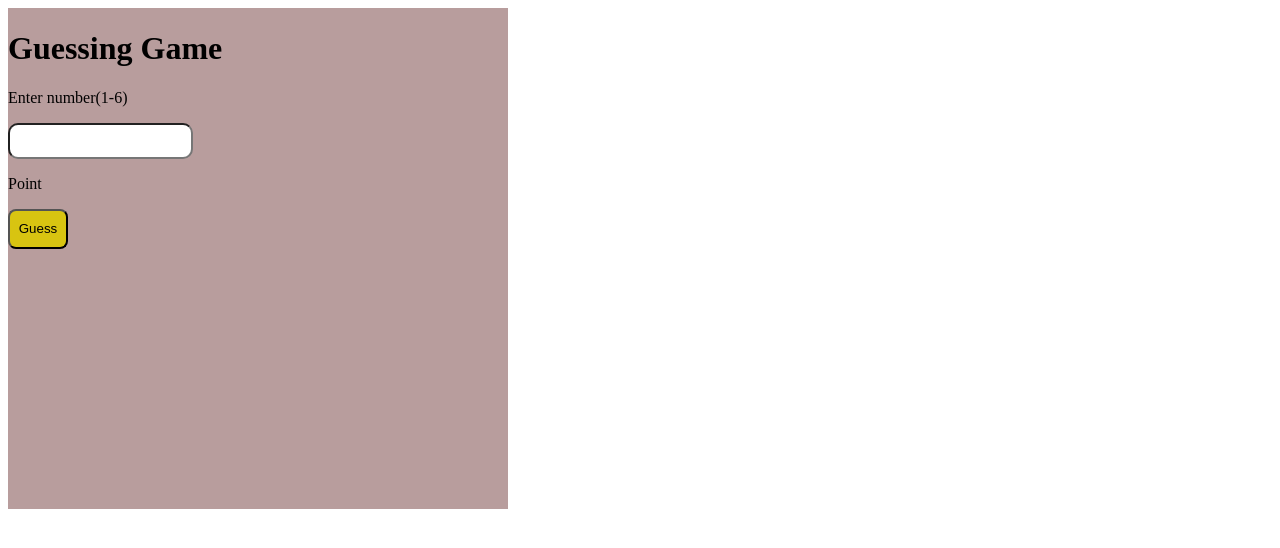
Repository: sedashahnazaryan/Guessing-Game
Page: index.html
These files come from the project's save history. The page is drawn as it stood at one moment and after a run of saves; the edit follows.
The browser window is 1280 px wide. The pictures show the whole page.

Above is the page before, as saved 2022-02-23 19:36:09.

### index.html
<!DOCTYPE html>
<html lang="en">
<head>
    <meta charset="UTF-8">
    <meta http-equiv="X-UA-Compatible" content="IE=edge">
    <meta name="viewport" content="width=device-width, initial-scale=1.0">
    <link rel="stylesheet" href="./index.css">
    <title>Gueess Game</title>
</head>
<body>
    <div class="container">
        <h1 class="Guessing">Guessing Game</h1>
     <p class="enter">Enter number(1-6)</p>
<input id="num" type="text">
     <p class="p">Point</p>
     <button id="btn">Guess</button>
     <div class="table" id="show-text"></div>
    </div>
 <script src="./index.js"></script>
</body>
</html>

### index.css
.container{

    background-color: #b89d9d;
    height: 500px;
    width: 500px;
    padding-top:1px;
}
#num{
height: 30px;
border-radius: 10px;
}
#btn{
    height: 40px;
    width: 60px;
    border-radius: 8px;
    background-color: rgb(216, 196, 17);
}

Loaded but not shown: index.js (no copy from this time; the picture is the same without it)

After the next 2 saves:
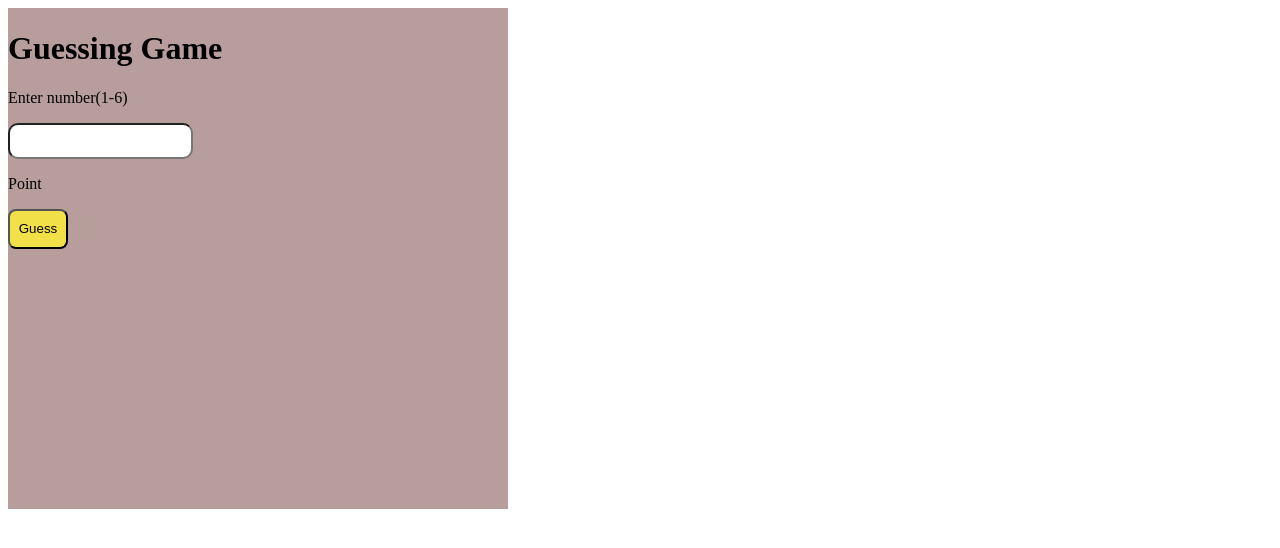
The 2 saves are shown as one change because they came seconds apart.
The last was saved 8 s later.
--- a/index.css
+++ b/index.css
@@ -13,5 +13,5 @@
     height: 40px;
     width: 60px;
     border-radius: 8px;
-    background-color: rgb(216, 196, 17);
+    background-color: rgb(241, 224, 72);
 }
